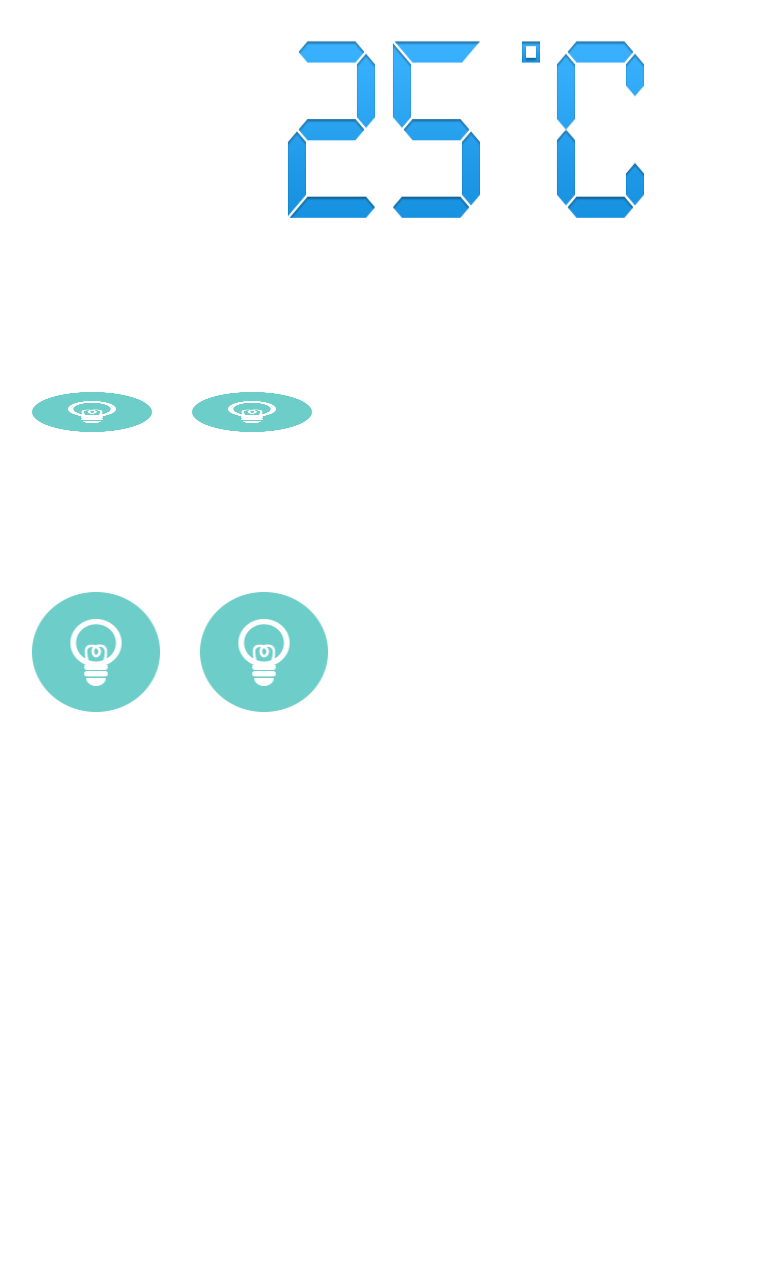
Repository: MyungSinKim/mqtt-demo
Layout: cloud2-demo/res/layout/main.xml
These files come from the project's save history. The layout is drawn as it stood at one moment and after the next save; the edit follows.
It is drawn on a 768 x 1280 px phone screen (xhdpi) without system bars, with theme AppTheme; the app's code is not run.

Above is the layout before, as saved 2015-11-02 05:08:42.

After the next save:
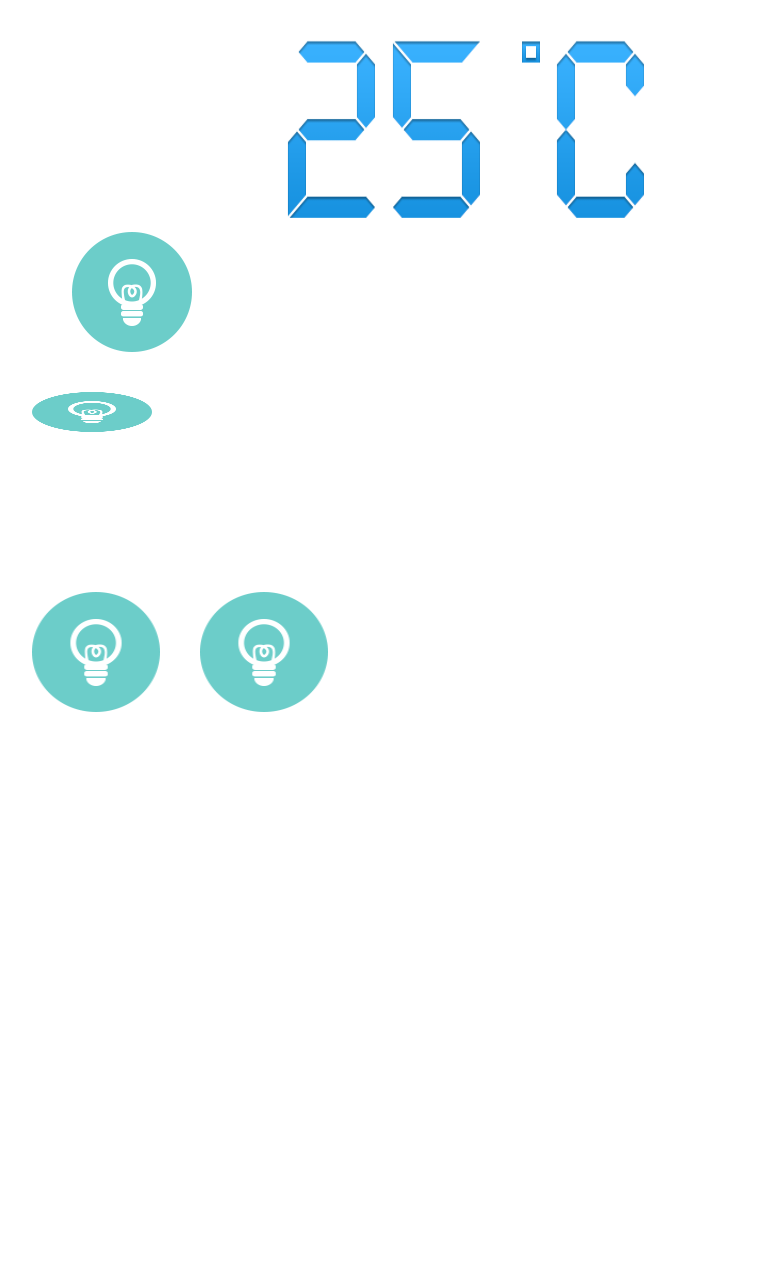
Saved 32 s later.
--- a/cloud2-demo/res/layout/main.xml
+++ b/cloud2-demo/res/layout/main.xml
@@ -35,7 +35,7 @@
         android:layout_below="@+id/rl1" >
 
         <ImageView
-            android:id="@+id/imageButton1"
+            android:id="@+id/light_1_iv"
             android:layout_width="wrap_content"
             android:layout_height="wrap_content"
             android:layout_marginTop="80dp"
@@ -43,7 +43,7 @@
             android:tag="off" />
 
         <ImageView
-            android:id="@+id/imageButton2"
+            android:id="@+id/light_2_iv"
             android:layout_width="wrap_content"
             android:layout_height="wrap_content"
             android:layout_alignTop="@+id/imageButton1"

After the save that followed:
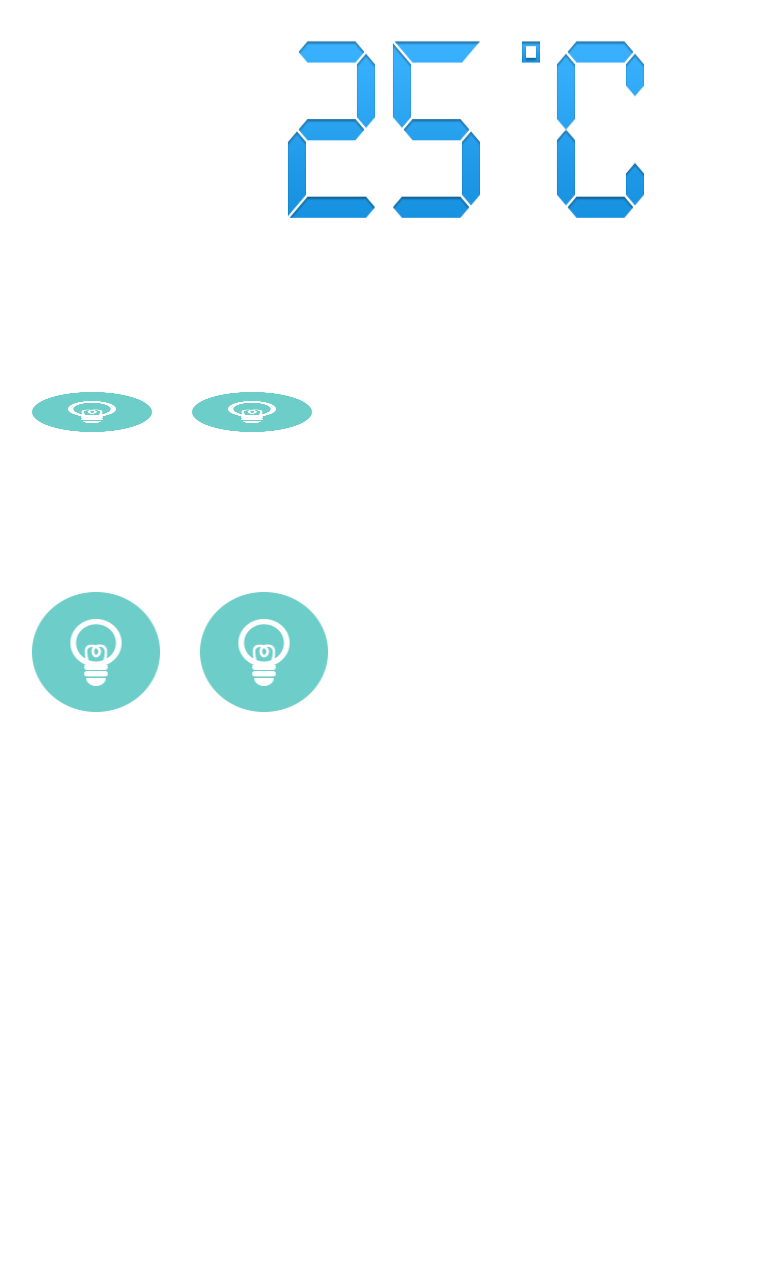
Saved 10 s later.
--- a/cloud2-demo/res/layout/main.xml
+++ b/cloud2-demo/res/layout/main.xml
@@ -46,9 +46,9 @@
             android:id="@+id/light_2_iv"
             android:layout_width="wrap_content"
             android:layout_height="wrap_content"
-            android:layout_alignTop="@+id/imageButton1"
+            android:layout_alignTop="@+id/light_1_iv"
             android:layout_marginLeft="20dp"
-            android:layout_toRightOf="@id/imageButton1"
+            android:layout_toRightOf="@id/light_1_iv"
             android:background="@drawable/light_off"
             android:tag="off" />
     </RelativeLayout>
